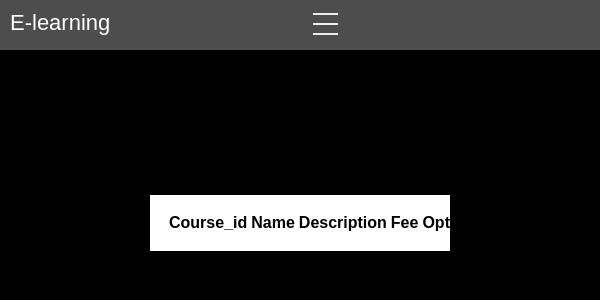
Repository: hemanthchallacs/learning_spring_boot
Page: http://localhost/courseList
The author's editor kept a copy of each file at every save. The page is drawn from the files as they stood at one save, then again after the next save.
The browser window is 600 px wide. The pictures show the whole page.
The page is this project's Thymeleaf template; nobody is signed in. The template is opened directly, without the code that normally fills it, so the values that code supplies are empty.

Above is the page before, as saved 2021-07-12 19:08:17.

After the next save:
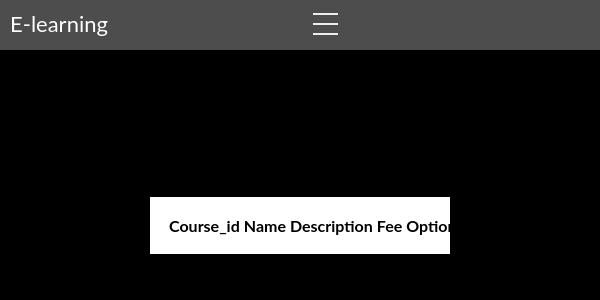
Saved 111 s later.
--- a/ver1_elearning/src/main/resources/templates/courseList.html
+++ b/ver1_elearning/src/main/resources/templates/courseList.html
@@ -204,6 +204,88 @@ a {
   background-color: #f1f1f1;
   text-align: center;
 }
+
+
+body {
+  font-family: 'lato', sans-serif;
+}
+.tablecontainer {
+  max-width: 1000px;
+  margin-left: auto;
+  margin-right: auto;
+  padding-left: 10px;
+  padding-right: 10px;
+}
+
+h2 {
+  font-size: 26px;
+  margin: 20px 0;
+  text-align: center;
+  small {
+    font-size: 0.5em;
+  }
+}
+
+.responsive-table {
+  li {
+    border-radius: 3px;
+    padding: 25px 30px;
+    display: flex;
+    justify-content: space-between;
+    margin-bottom: 25px;
+  }
+  .table-header {
+    background-color: #95A5A6;
+    font-size: 14px;
+    text-transform: uppercase;
+    letter-spacing: 0.03em;
+  }
+  .table-row {
+    background-color: #ffffff;
+    box-shadow: 0px 0px 9px 0px rgba(0,0,0,0.1);
+  }
+  .col-1 {
+    flex-basis: 10%;
+  }
+  .col-2 {
+    flex-basis: 40%;
+  }
+  .col-3 {
+    flex-basis: 25%;
+  }
+  .col-4 {
+    flex-basis: 25%;
+  }
+
+  @media all and (max-width: 767px) {
+    .table-header {
+      display: none;
+    }
+    .table-row{
+
+    }
+    li {
+      display: block;
+    }
+    .col {
+
+      flex-basis: 100%;
+
+    }
+    .col {
+      display: flex;
+      padding: 10px 0;
+      &:before {
+        color: #6C7A89;
+        padding-right: 10px;
+        content: attr(data-label);
+        flex-basis: 50%;
+        text-align: right;
+      }
+    }
+  }
+}
+
 </style>
 </head>
 <body>
